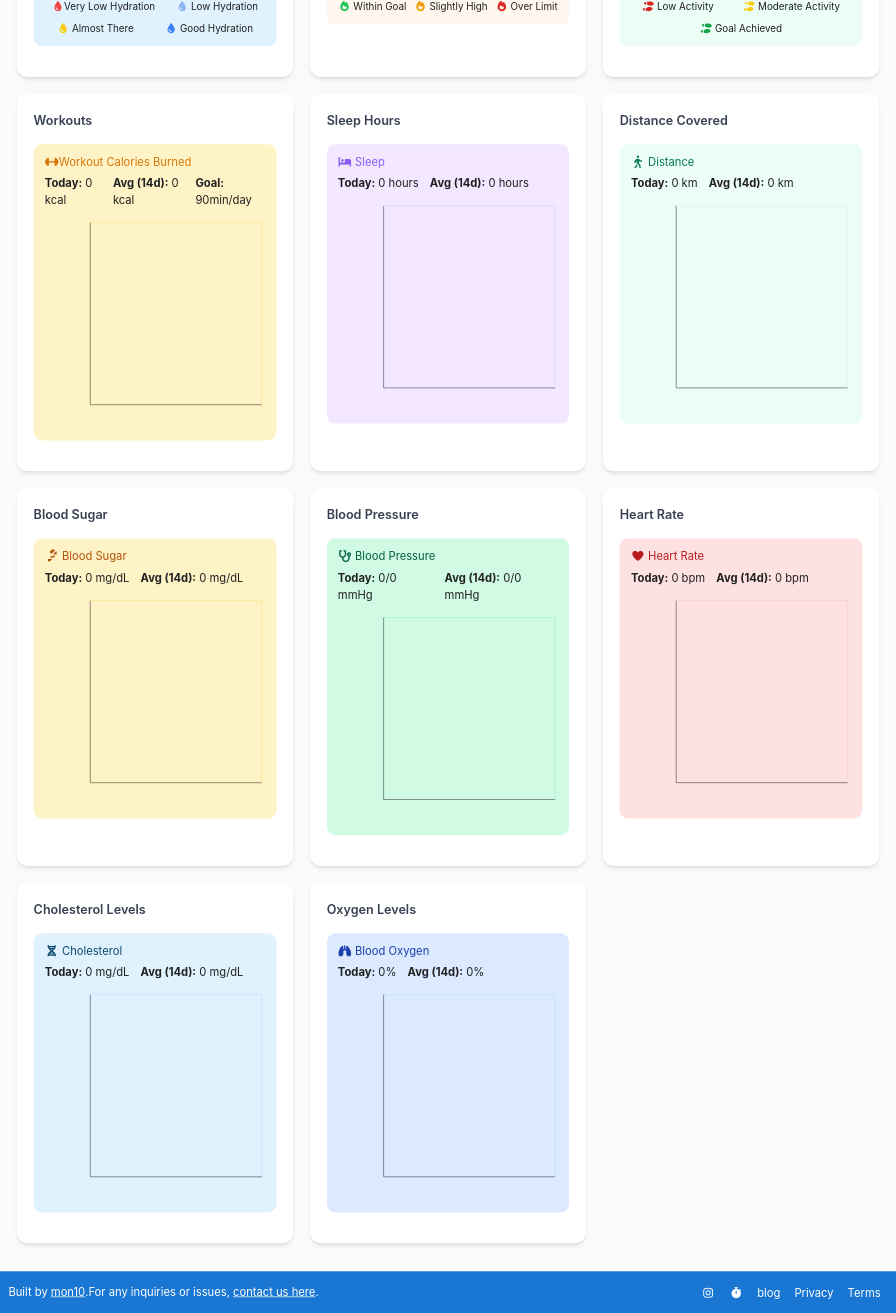
Repository: bhumikamourya/health-monitoring-application
Page: /dashboard (app in frontend/)
The author's editor kept a copy of each file at every save. The page is drawn from the files as they stood at one save, then again after the next save.
The browser window is 1280 px wide. The pictures show the part of the page from y = 713 to 2633 px (the page is 2589 px tall before and 2633 px after), at 70% of full size.
The page's requests for data from a server got no answer. Some web libraries are served in a nearby version. The project was rebuilt for these pictures with package versions that can differ from the ones it lists, and the page was loaded fresh each time. No one was signed in, and anything a server would have sent is missing. Also part of the build but not shown: frontend/src/components/Home/particleBackground.js, frontend/src/components/Home/Component1.js, frontend/src/components/Home/Component2.js, frontend/src/components/Home/Component3.js, frontend/src/components/Home/Component4.js, frontend/src/components/Home/HomePage.js, frontend/src/components/Blog/Component1.js, frontend/src/components/Blog/Component2.js and 16 more.

Above is the page before, as saved 2025-10-14 19:15:54.

### frontend/public/index.html
<!DOCTYPE html>
<html lang="en">

<head>
  <meta charset="utf-8" />
  <link rel="icon" href="%PUBLIC_URL%/favicon.ico" />
  <meta name="viewport" content="width=device-width, initial-scale=1" />
  <meta name="theme-color" content="#000000" />
  <meta name="description" content="Web site created using create-react-app" />
  <link rel="apple-touch-icon" href="%PUBLIC_URL%/logo192.png" />
  <link rel="manifest" href="%PUBLIC_URL%/manifest.json" />

  <script src="https://cdn.jsdelivr.net/npm/@tailwindcss/browser@4"></script>

  <link href="https://cdn.jsdelivr.net/npm/bootstrap@5.3.7/dist/css/bootstrap.min.css" rel="stylesheet"
    integrity="sha384-LN+7fdVzj6u52u30Kp6M/trliBMCMKTyK833zpbD+pXdCLuTusPj697FH4R/5mcr" crossorigin="anonymous">
  <link rel="stylesheet" href="https://cdnjs.cloudflare.com/ajax/libs/font-awesome/7.0.0/css/all.min.css"
    integrity="sha512-DxV+EoADOkOygM4IR9yXP8Sb2qwgidEmeqAEmDKIOfPRQZOWbXCzLC6vjbZyy0vPisbH2SyW27+ddLVCN+OMzQ=="
    crossorigin="anonymous" referrerpolicy="no-referrer" />
  <title>React App</title>
</head>

<body>
  <noscript>You need to enable JavaScript to run this app.</noscript>
  <div id="root"></div>
  <!--
      This HTML file is a template.
      If you open it directly in the browser, you will see an empty page.

      You can add webfonts, meta tags, or analytics to this file.
      The build step will place the bundled scripts into the <body> tag.

      To begin the development, run `npm start` or `yarn start`.
      To create a production bundle, use `npm run build` or `yarn build`.
    -->
</body>

</html>

### frontend/src/index.css
@tailwind base;
@tailwind components;
@tailwind utilities;

body {
  margin: 0;
  font-family: -apple-system, BlinkMacSystemFont, 'Segoe UI', 'Roboto', 'Oxygen',
    'Ubuntu', 'Cantarell', 'Fira Sans', 'Droid Sans', 'Helvetica Neue',
    sans-serif;
  -webkit-font-smoothing: antialiased;
  -moz-osx-font-smoothing: grayscale;
  background-color: #fff;
  color: #212121;
}

code {
  font-family: source-code-pro, Menlo, Monaco, Consolas, 'Courier New',
    monospace;
}

h1,
h2,
h3,
h4,
h5,
h6 {
  color: #2c3e50
}

/* NAVBAR STYLING */
.background {
  background-color: #1976d2;
}

.footer-a-links {
  text-decoration: underline;
  color: #fff;
}

.footer-a-links:hover {
  text-decoration: underline;
}

.menu {
  color: #fff;
  margin-left: 20px;
}

.menu.selected {
  color: #64b5f6;
}

.links {
  color: #1976d2;
}

.links:hover {
  opacity: 0.7;
}

.nav-links {
  color: #fff;
}

.nav-links:hover {
  color: #64b5f6;
}

.coloured-btn {
  background-color: #1976d2;
  color: #fff;
}

.coloured-btn:hover {
  background-color: #1976d2;
}

.bold-text {
  color: #1976d2;
}


/* HOME COMPONENT-1 */
.component1-container {
  background-color: #f5f5f5;
}
.component1-icons{
  background-color: #e9f2fa;
  padding:20px 40px 20px 20px;
  border-radius: 50%;
}

.fa-check,
.fa-square-check,
.fa-calendar-week,
.fa-chart-line {
  color: #1976d2;
  font-size: 25px;
}

.fa-check {
  color: #43a047;
}


/* HOME COMPONENT-2 */
.complete-control-text {
  background-color: #e9f2fa;
  width: 60%;
  margin: 25px 5px 0 40px;
  padding: 4px;
  border-radius: 30px;
  color: #1976d2;
}

.coloured-card {
  margin-left: 50px;
  border: 3px solid #1976d2;
  border-radius: 15px;
  background-color: #fafafa;
}

/* BLOG COMPONENT */
.blogs-container {
  width: 14rem;
  box-shadow: 5px 5px 10px #f4f3f3;
}

.capsule-text {
  font-size: 10px;
  border: 1px solid #cfd1d1ff;
  padding: 4px 7px;
  border-radius: 10px;
  color: #2c2c2c;
}

/* PRICING COMPONENT */
.pricing-cards {
  margin-right: 15px;
  border: 0.4px solid #bbbabaff;
  border-radius: 30px;
}

.fa-xmark {
  font-size: 20px;
}

.complete-text {
  width: auto;
  padding: 4px 10px;
  background-color: #e9f2fa;
  border-radius: 30px;
  color: #1976d2;
}

.pricing-card2 {
  margin-left: 15px;
  border: 2px solid #1976d2;
  border-radius: 30px;
  background-color: #fafafa;
}

.pomodoro-card {
  border: 0.3px solid #424242;
  border-top: 4px solid #1976d2;
  border-radius: 10px;
}
.steps-chart-content{
  line-height: 10px;
}
.goto-dashboard:hover{
  text-decoration: underline;
  color: #6e7983;
}

### frontend/src/components/Charts/fitnessCharts.js
import { Line, CartesianGrid, XAxis, YAxis, Tooltip, ResponsiveContainer, BarChart, Bar } from "recharts";
import { useChartData } from "../../Hook/useChartData";
import { CustomTooltip } from "../../utils/CustomTooltip.js";

// Water Chart
function WaterChart({ days = 7, target = 8 }) {
  const { data, todayTotal, avg } = useChartData("water", "water", days);

  const getWaterColor = (value, target) => {
    if (value < target * 0.5) return "#ef4444";   // 🔴 Red - very low hydration
    if (value < target * 0.8) return "#8cb5f7ff"; // 🟠 Light blue - low
    if (value < target) return "#facc15";         // 🟡 Yellow - almost there
    return "#3b82f6";                             // 🔵 Blue - good hydration
  };

  const coloredData = data.map(d => ({
    ...d,
    fill: getWaterColor(d.water, target)
  }));

  return (
    <div
      style={{
        maxWidth: 700,
        margin: "20px auto",
        background: "#e0f2fe",
        borderRadius: 12,
        padding: 16
      }}
    >
      <h2 style={{ marginBottom: 8, color: "#2563eb" }}>
        <i className="fa-solid fa-droplet"></i> Water Intake
      </h2>

      <div style={{ display: "flex", gap: 16, marginBottom: 16 }}>
        <div><b>Today:</b> {todayTotal} glasses</div>
        <div><b>Avg ({days}d):</b> {avg} glasses</div>
      </div>

      <div style={{ width: "100%", height: 300 }}>
        <ResponsiveContainer>
          <BarChart data={coloredData}>
            <CartesianGrid stroke="#bae6fd" />
            <XAxis dataKey="date" />
            <YAxis allowDecimals={false} />
            <Tooltip content={<CustomTooltip unit="glasses" />} />
            <Bar dataKey="water" fill={({ payload }) => payload.fill} />
            <Line
              type="monotone"
              dataKey={() => target}
              stroke="#1d4ed8"
              strokeWidth={2}
              dot={false}
            />
          </BarChart>
        </ResponsiveContainer>
      </div>

      {/* 👇 Color Legend Section */}
      <div
        style={{
           marginTop: 16,
          display: "flex",
          justifyContent: "space-around",
          flexWrap: "wrap",
          gap: 10,
          fontSize: 14
        }}
      >
        <div><i style={{color: "#ef4444"}} className="fa-solid fa-droplet"></i>Very Low Hydration</div>
        <div><i style={{color: "#8cb5f7ff"}} className="fa-solid fa-droplet"></i> Low Hydration</div>
        <div><i style={{color: "#facc15"}} className="fa-solid fa-droplet"></i> Almost There</div>
        <div><i style={{color: "#3b82f6"}} className="fa-solid fa-droplet"></i> Good Hydration</div>
      </div>
    </div>
  );
}



// Calories Chart
function CaloriesChart({ days = 7, target = 2500 }) {
  const { data, todayTotal, avg } = useChartData("calories", "calories", days);

  const getCaloriesColor = (value, target) => {
    if (value <= target) return "#22c55e";        // 🟢 Green - within goal
    if (value <= target * 1.1) return "#f59e0b";  // 🟡 Yellow - slightly high
    return "#dc2626";                             // 🔴 Red - over limit
  };

  const coloredData = data.map(d => ({
    ...d,
    fill: getCaloriesColor(d.calories, target)
  }));

  return (
    <div
      style={{
        maxWidth: 700,
        margin: "20px auto",
        background: "#fff7ed",
        borderRadius: 12,
        padding: 16,
      }}
    >
      <h2 style={{ marginBottom: 8, color: "#b45309" }}>
        <i className="fa-solid fa-fire" style={{ color: "#f59e0b" }}></i>{" "}
        Calories Burned
      </h2>

      <div style={{ display: "flex", gap: 16, marginBottom: 16 }}>
        <div><b>Today:</b> {todayTotal} kcal</div>
        <div><b>Avg ({days}d):</b> {avg} kcal</div>
      </div>

      <div style={{ width: "100%", height: 300 }}>
        <ResponsiveContainer>
          <BarChart data={coloredData}>
            <CartesianGrid stroke="#fde2c0" />
            <XAxis dataKey="date" />
            <YAxis allowDecimals={false} />
            <Tooltip content={<CustomTooltip unit="kcal" />} />
            <Bar dataKey="calories" fill={({ payload }) => payload.fill} />
            <Line
              type="monotone"
              dataKey={() => target}
              stroke="#991b1b"
              strokeWidth={2}
              dot={false}
            />
          </BarChart>
        </ResponsiveContainer>
      </div>

      {/* 👇 Color Legend Section - matching WaterChart style */}
      <div
        style={{
          marginTop: 16,
          display: "flex",
          justifyContent: "space-around",
          flexWrap: "wrap",
          gap: 10,
          fontSize: 14,
        }}
      >
        <div>
          <i style={{ color: "#22c55e" }} className="fa-solid fa-fire"></i> Within Goal
        </div>
        <div>
          <i style={{ color: "#f59e0b" }} className="fa-solid fa-fire"></i> Slightly High
        </div>
        <div>
          <i style={{ color: "#dc2626" }} className="fa-solid fa-fire"></i> Over Limit
        </div>
      </div>
    </div>
  );
}



// Steps Chart
function StepsChart({ days = 7, target = 12000 }) {
  const { data, todayTotal, avg } = useChartData("steps", "steps", days);

  const getStepsColor = (value) => {
    if (value < target * 0.7) return "#dc2626";    // 🔴 Red - Low activity
    if (value < target) return "#facc15";          // 🟡 Yellow - Moderate activity
    return "#16a34a";                              // 🟢 Green - Goal achieved
  };

  const coloredData = data.map(d => ({
    ...d,
    fill: getStepsColor(d.steps)
  }));

  return (
    <div
      style={{
        maxWidth: 700,
        margin: "20px auto",
        background: "#ecfdf5",
        borderRadius: 12,
        padding: 16
      }}
    >
      <h2 style={{ marginBottom: 8, color: "#065f46" }}>
        <i className="fa-solid fa-shoe-prints"></i> Steps
      </h2>

      <div style={{ display: "flex", gap: 16, marginBottom: 16 }}>
        <div><b>Today:</b> {todayTotal} steps</div>
        <div><b>Avg ({days}d):</b> {avg} steps</div>
      </div>

      <div style={{ width: "100%", height: 300 }}>
        <ResponsiveContainer>
          <BarChart data={coloredData}>
            <CartesianGrid stroke="#bbf7d0" />
            <XAxis dataKey="date" />
            <YAxis allowDecimals={false} />
            <Tooltip content={<CustomTooltip unit="steps" />} />
            <Bar dataKey="steps" fill={({ payload }) => payload.fill} />
            <Line
              type="monotone"
              dataKey={() => target}
              stroke="#047857"
              strokeWidth={2}
              dot={false}
            />
          </BarChart>
        </ResponsiveContainer>
      </div>

      {/* 👇 Color Legend Section - same style as other charts */}
      <div
        style={{
          marginTop: 16,
          display: "flex",
          justifyContent: "space-around",
          flexWrap: "wrap",
          gap: 10,
          fontSize: 14
        }}
      >
        <div>
          <i style={{ color: "#dc2626" }} className="fa-solid fa-shoe-prints"></i> Low Activity
        </div>
        <div>
          <i style={{ color: "#facc15" }} className="fa-solid fa-shoe-prints"></i> Moderate Activity
        </div>
        <div>
          <i style={{ color: "#16a34a" }} className="fa-solid fa-shoe-prints"></i> Goal Achieved
        </div>
      </div>
    </div>
  );
}


// Sleep Chart
function SleepChart({ days = 7, target = 8 }) {
  const { data, todayTotal, avg } = useChartData("sleep", "sleep", days);
  const getSleepColor = (value) => {
    if (value < 5) return "#e33636ff";
    if (value < 7) return "#beabe8ff";
    if (value <= 9) return "#ab89fbff";
    return "#8b5cf6";
  };
  const coloredData = data.map(d => ({
    ...d,
    fill: getSleepColor(d.sleep, target)
  }));
  return (
    <div style={{ maxWidth: 700, margin: "20px auto", background: "#f3e8ff", borderRadius: 12, padding: 16 }}>
      <h2 style={{ marginBottom: 8, color: "#8b5cf6" }}><i className="fa-solid fa-bed"></i> Sleep</h2>
      <div style={{ display: "flex", gap: 16, marginBottom: 16 }}>
        <div><b>Today:</b> {todayTotal} hours</div>
        <div><b>Avg ({days}d):</b> {avg} hours</div>
      </div>
      <div style={{ width: "100%", height: 300 }}>
        <ResponsiveContainer>
          <BarChart data={coloredData}>
            <CartesianGrid stroke="#ddd6fe" />
            <XAxis dataKey="date" />
            <YAxis allowDecimals={false} />
            <Tooltip content={<CustomTooltip unit="hours" />} />
            <Bar dataKey="sleep" fill={({ payload }) => payload.fill} />
            <Line type="monotone" dataKey={() => target} stroke="#7c3aed" strokeWidth={2} dot={false} />
          </BarChart>
        </ResponsiveContainer>
      </div>
    </div>
  );
}

function DistanceChart({ days = 7, target = 5 }) {
  const { data, todayTotal, avg } = useChartData("distance", "distance", days);

  const getDistanceColor = (value, target) => {
    if (value < target * 0.5) return "#ef4444";   // 🔴 Very low
    if (value < target * 0.8) return "#81f2aaff";   // 🟠 Low
    if (value < target) return "#facc15";         // 🟡 Almost there
    return "#22c55e";                             // 🟢 Good
  };

  const coloredData = data.map(d => ({
    ...d,
    fill: getDistanceColor(d.distance, target)
  }));

  return (
    <div style={{ maxWidth: 700, margin: "20px auto", background: "#ecfdf5", borderRadius: 12, padding: 16 }}>
      <h2 style={{ marginBottom: 8, color: "#047857" }}>
        <i className="fa-solid fa-person-walking"></i> Distance
      </h2>

      <div style={{ display: "flex", gap: 16, marginBottom: 16 }}>
        <div><b>Today:</b> {todayTotal} km</div>
        <div><b>Avg ({days}d):</b> {avg} km</div>
      </div>

      <div style={{ width: "100%", height: 300 }}>
        <ResponsiveContainer>
          <BarChart data={coloredData}>
            <CartesianGrid stroke="#d1fae5" />
            <XAxis dataKey="date" />
            <YAxis allowDecimals={false} />
            <Tooltip content={<CustomTooltip unit="km" />} />
            <Bar dataKey="distance" fill={({ payload }) => payload.fill} />
            <Line type="monotone" dataKey={() => target} stroke="#047857" strokeWidth={2} dot={false} />
          </BarChart>
        </ResponsiveContainer>
      </div>
    </div>
  );
}


function WorkoutChart({ days = 7, target = 90 }) {
  // workoutsCalories ke liye hook call
  const { data, todayTotal, avg } = useChartData("workouts", "caloriesBurned", days);
  const getWorkoutColor = (value, target) => {
    if (value < target * 0.7) return "#ef4444";   // red - low
    if (value < target) return "#fbbf24";         // amber - medium
    return "#d97706";                             // green - achieved
  };

  const coloredData = data.map(d => ({
    ...d,
    fill: getWorkoutColor(d.caloriesBurned, target)
  }));
  return (
    <div style={{ maxWidth: 700, margin: "20px auto", background: "#fef3c7", borderRadius: 12, padding: 16 }}>
      <h2 style={{ marginBottom: 8, color: "#d97706" }}>
        <i className="fa-solid fa-dumbbell"></i>
        Workout Calories Burned </h2>
      <div style={{ display: "flex", gap: 16, marginBottom: 16 }}>
        <div><b>Today:</b> {todayTotal} kcal</div>
        <div><b>Avg ({days}d):</b> {avg} kcal</div>
        <div><b>Goal:</b> {target}min/day</div>
      </div>
      <div style={{ width: "100%", height: 300 }}>
        <ResponsiveContainer>
          <BarChart data={coloredData}>
            <CartesianGrid stroke="#fde68a" />
            <XAxis dataKey="date" />
            <YAxis allowDecimals={false} />
            <Tooltip content={<CustomTooltip unit="kcal" />} />
            <Bar dataKey="caloriesBurned" fill={({ payload }) => payload.fill} />
            <Line type="monotone" dataKey={() => target} stroke="#b45309" strokeWidth={2} dot={false} />
          </BarChart>
        </ResponsiveContainer>
      </div>
    </div>
  );
}




export { WaterChart, CaloriesChart, StepsChart, SleepChart, DistanceChart, WorkoutChart };

Loaded but not shown: frontend/tailwind.config.js (common file); frontend/src/components/Charts/MedicalCharts.js (185 lines, source omitted); frontend/src/Navbar.js (85 lines, source omitted); frontend/src/TrackerForms/Dashboard.js (91 lines, source omitted); frontend/src/Hook/useBPChartData.js (65 lines, source omitted); frontend/src/index.js (46 lines, source omitted); frontend/src/Hook/useCholesterolChartData.js (62 lines, source omitted); frontend/src/Hook/useChartData.js (56 lines, source omitted); frontend/src/Footer.js (35 lines, source omitted); frontend/src/components/Logout.js (16 lines, source omitted); frontend/src/utils/api.js (13 lines, source omitted); frontend/src/components/Home/particleBackground.css (399 lines, source omitted)

After the next save:
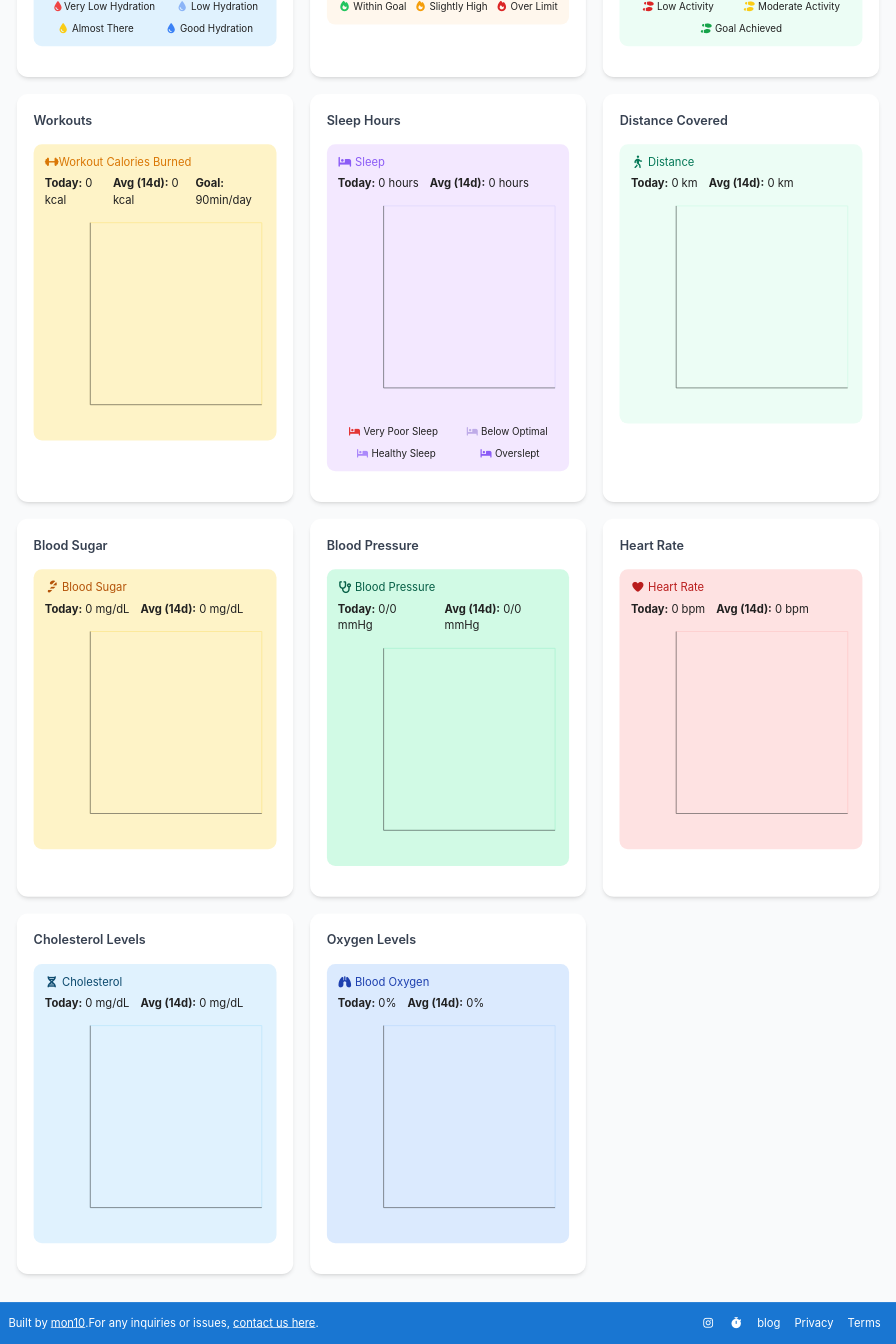
Saved 109 s later.
--- a/frontend/src/components/Charts/fitnessCharts.js
+++ b/frontend/src/components/Charts/fitnessCharts.js
@@ -241,23 +241,38 @@ function StepsChart({ days = 7, target = 12000 }) {
 // Sleep Chart
 function SleepChart({ days = 7, target = 8 }) {
   const { data, todayTotal, avg } = useChartData("sleep", "sleep", days);
+
   const getSleepColor = (value) => {
-    if (value < 5) return "#e33636ff";
-    if (value < 7) return "#beabe8ff";
-    if (value <= 9) return "#ab89fbff";
-    return "#8b5cf6";
-  };
+    if (value < 5) return "#e33636ff";   // 🔴 Very Poor Sleep
+    if (value < 7) return "#beabe8ff";   // 🟣 Below Optimal
+    if (value <= 9) return "#ab89fbff";  // 💜 Healthy Sleep
+    return "#8b5cf6";                    // 💙 Overslept
+  };
+
   const coloredData = data.map(d => ({
     ...d,
     fill: getSleepColor(d.sleep, target)
   }));
-  return (
-    <div style={{ maxWidth: 700, margin: "20px auto", background: "#f3e8ff", borderRadius: 12, padding: 16 }}>
-      <h2 style={{ marginBottom: 8, color: "#8b5cf6" }}><i className="fa-solid fa-bed"></i> Sleep</h2>
+
+  return (
+    <div
+      style={{
+        maxWidth: 700,
+        margin: "20px auto",
+        background: "#f3e8ff",
+        borderRadius: 12,
+        padding: 16
+      }}
+    >
+      <h2 style={{ marginBottom: 8, color: "#8b5cf6" }}>
+        <i className="fa-solid fa-bed"></i> Sleep
+      </h2>
+
       <div style={{ display: "flex", gap: 16, marginBottom: 16 }}>
         <div><b>Today:</b> {todayTotal} hours</div>
         <div><b>Avg ({days}d):</b> {avg} hours</div>
       </div>
+
       <div style={{ width: "100%", height: 300 }}>
         <ResponsiveContainer>
           <BarChart data={coloredData}>
@@ -266,13 +281,45 @@ function SleepChart({ days = 7, target = 8 }) {
             <YAxis allowDecimals={false} />
             <Tooltip content={<CustomTooltip unit="hours" />} />
             <Bar dataKey="sleep" fill={({ payload }) => payload.fill} />
-            <Line type="monotone" dataKey={() => target} stroke="#7c3aed" strokeWidth={2} dot={false} />
-          </BarChart>
-        </ResponsiveContainer>
-      </div>
-    </div>
-  );
-}
+            <Line
+              type="monotone"
+              dataKey={() => target}
+              stroke="#7c3aed"
+              strokeWidth={2}
+              dot={false}
+            />
+          </BarChart>
+        </ResponsiveContainer>
+      </div>
+
+      {/* 👇 Color Legend Section - consistent with other charts */}
+      <div
+        style={{
+          marginTop: 16,
+          display: "flex",
+          justifyContent: "space-around",
+          flexWrap: "wrap",
+          gap: 10,
+          fontSize: 14
+        }}
+      >
+        <div>
+          <i style={{ color: "#e33636ff" }} className="fa-solid fa-bed"></i> Very Poor Sleep
+        </div>
+        <div>
+          <i style={{ color: "#beabe8ff" }} className="fa-solid fa-bed"></i> Below Optimal
+        </div>
+        <div>
+          <i style={{ color: "#ab89fbff" }} className="fa-solid fa-bed"></i> Healthy Sleep
+        </div>
+        <div>
+          <i style={{ color: "#8b5cf6" }} className="fa-solid fa-bed"></i> Overslept
+        </div>
+      </div>
+    </div>
+  );
+}
+
 
 function DistanceChart({ days = 7, target = 5 }) {
   const { data, todayTotal, avg } = useChartData("distance", "distance", days);
